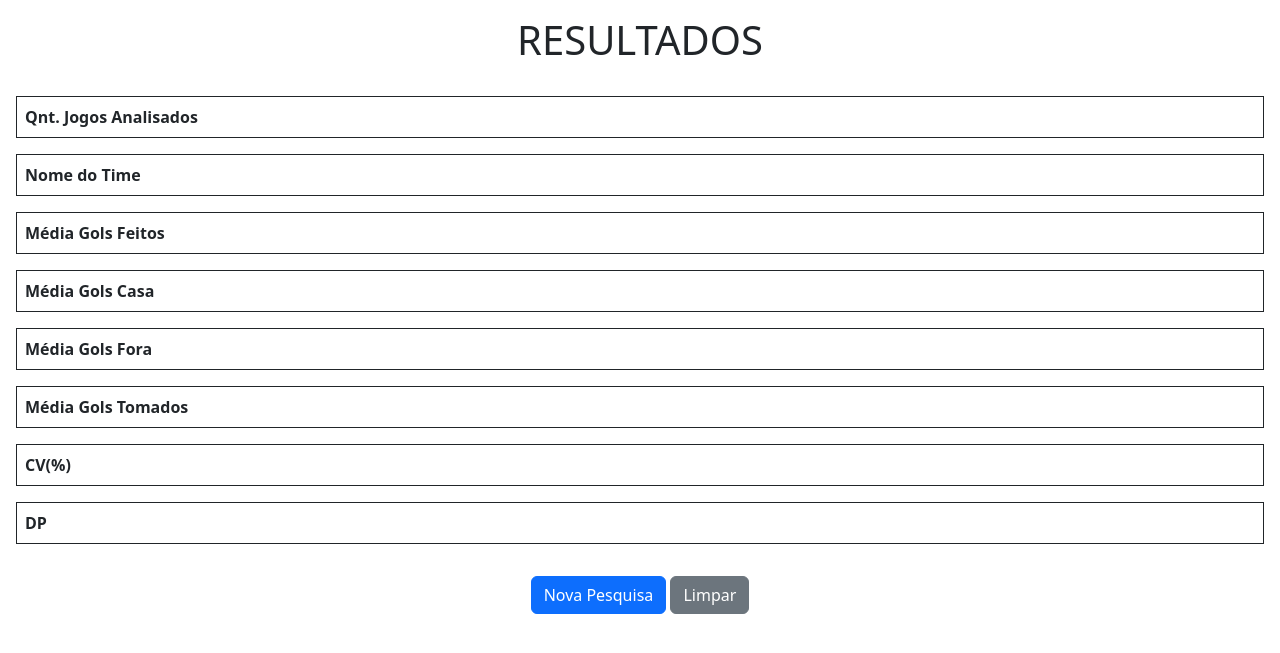
Repository: ricardodamaceno/Coeficiente-de-Variacao-de-Gols
Page: http://localhost/resposta
An editor plug-in stored every save of this project. The page is shown before and after the next save, followed by the edit.
The browser window is 1280 px wide. The pictures show the whole page.
The page is this project's Thymeleaf template; nobody is signed in. The template is opened directly, without the code that normally fills it, so the values that code supplies are empty.

Above is the page before, as saved 2022-09-29 20:00:54.

### aposta-tozo/src/main/resources/templates/resposta.html
<!DOCTYPE html>
<html xmlns:th="http://www.thymeleaf.org">
<head>
<meta name="viewport"
	content="width = device-width, initial-scale = 1, shrink-to-fit = no">
<!-- CSS only -->
<link
	href="https://cdn.jsdelivr.net/npm/bootstrap@5.2.1/dist/css/bootstrap.min.css"
	rel="stylesheet"
	integrity="sha384-iYQeCzEYFbKjA/T2uDLTpkwGzCiq6soy8tYaI1GyVh/UjpbCx/TYkiZhlZB6+fzT"
	crossorigin="anonymous">
<title>Apostas Esportivas</title>
<style>
.flex {
	display: flex;
}

.space-between {
	justify-content: space-between;
}

[data-tooltip] {
	position: relative;
	font-weight: bold;
}

[data-tooltip]:after {
	display: none;
	position: absolute;
	padding: 5px;
	border-radius: 3px;
	bottom: calc(100% + 2px);
	content: attr(data-tooltip);
	white-space: wrap;
	background-color: #0095ff;
	color: White;
}

[data-tooltip]:hover:after {
	display: block;
}
</style>
</head>

<body>

	<h1 class="text-center mb-3 mt-3">RESULTADOS</h1>
	<div class="flex p-2">
	<div class="p-2 flex-grow-1">
		<table
			class="table table-striped table-hover table-bordered border-dark">
			<thead>
				<tr>
					<th scope="col">Qnt. Jogos Analisados</th>
				</tr>
			</thead>
			<tbody>
				<tr data-th-each="qnt : ${jogosAnalisados}">
					<td data-th-text="${qnt.jogosAnalisados}"></td>
				</tr>
			</tbody>
		</table>
		<table
			class="table table-striped table-hover table-bordered border-dark">
			<thead>
				<tr>
					<th scope="col">Nome do Time</th>
				</tr>
			</thead>
			<tbody>
				<tr data-th-each="time : ${pesqTimes}">
					<td data-th-text="${time.nomeTime}"></td>
				</tr>
			</tbody>
		</table>
		<table
			class="table table-striped table-hover table-bordered border-dark">
			<thead>
				<tr>
					<th scope="col">Média Gols Feitos</th>
				</tr>
			</thead>
			<tbody>
				<tr data-th-each="med : ${media}">
					<td data-th-text="${med.mediaGol}"></td>
				</tr>
			</tbody>
		</table>
		<table
			class="table table-striped table-hover table-bordered border-dark">
			<thead>
				<tr>
					<th scope="col">Média Gols Casa</th>
				</tr>
			</thead>
			<tbody>
				<tr data-th-each="medcasa : ${mediaGolCasa}">
					<td data-th-text="${medcasa.mediaGolCasa}"></td>
				</tr>
			</tbody>
		</table>
		<table
			class="table table-striped table-hover table-bordered border-dark">
			<thead>
				<tr>
					<th scope="col">Média Gols Fora</th>
				</tr>
			</thead>
			<tbody>
				<tr data-th-each="medfora : ${mediaGolFora}">
					<td data-th-text="${medfora.mediaGolFora}"></td>
				</tr>
			</tbody>
		</table>
		<table
			class="table table-striped table-hover table-bordered border-dark">
			<thead>
				<tr>
					<th scope="col">Média Gols Tomados</th>
				</tr>
			</thead>
			<tbody>
				<tr data-th-each="medContra : ${mediaTomados}">
					<td data-th-text="${medContra.mediaGolsTomados}"></td>
				</tr>
			</tbody>
		</table>
		<table
			class="table table-striped table-hover table-bordered border-dark">
			<thead>
				<tr>
					<th scope="col"
						data-tooltip="Coeficiente de Variação dos Gols Feitos">CV(%)</th>
				</tr>
			</thead>
			<tbody>
				<tr data-th-each="coeVar : ${cv}">
					<td data-th-text="${coeVar.coeficienteDeVariacao} + '%'"></td>
				</tr>
			</tbody>
		</table>
		<table
			class="table table-striped table-hover table-bordered border-dark">
			<thead>
				<tr>
					<th scope="col" data-tooltip="Desvio Padrão dos Gols Feitos">DP</th>
				</tr>
			</thead>
			<tbody>
				<tr data-th-each="desvioPadrao : ${desvio}">
					<td data-th-text="${desvioPadrao.desvioPadrao} + ' gols'"></td>
				</tr>
			</tbody>
		</table>
	</div>
	</div>
	<div class="d-grid gap-2 d-md-flex justify-content-md-center">
		<form method="post" action="/add">
			<!-- <button type="submit" class="btn btn-primary">Voltar</button> -->
			<a href="/add" class="btn btn-primary" tabindex="-1" role="button"
				aria-disabled="true">Nova Pesquisa</a> <a href="/voltar"
				class="btn btn-secondary" tabindex="-1" role="button"
				aria-disabled="true">Limpar</a>
		</form>
	</div>
</body>
</html>

After the next save:
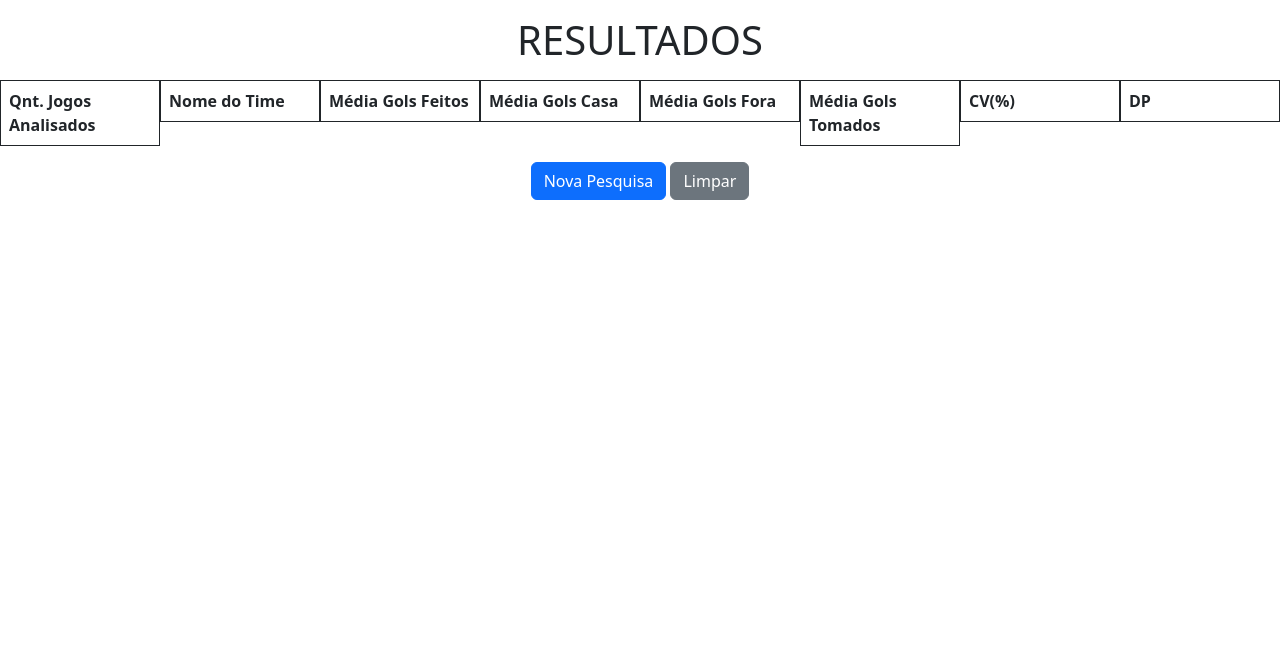
Saved 2 min 39 s later.
--- a/aposta-tozo/src/main/resources/templates/resposta.html
+++ b/aposta-tozo/src/main/resources/templates/resposta.html
@@ -45,8 +45,7 @@
 <body>
 
 	<h1 class="text-center mb-3 mt-3">RESULTADOS</h1>
-	<div class="flex p-2">
-	<div class="p-2 flex-grow-1">
+	<div class="d-flex">
 		<table
 			class="table table-striped table-hover table-bordered border-dark">
 			<thead>
@@ -152,7 +151,7 @@
 				</tr>
 			</tbody>
 		</table>
-	</div>
+
 	</div>
 	<div class="d-grid gap-2 d-md-flex justify-content-md-center">
 		<form method="post" action="/add">
